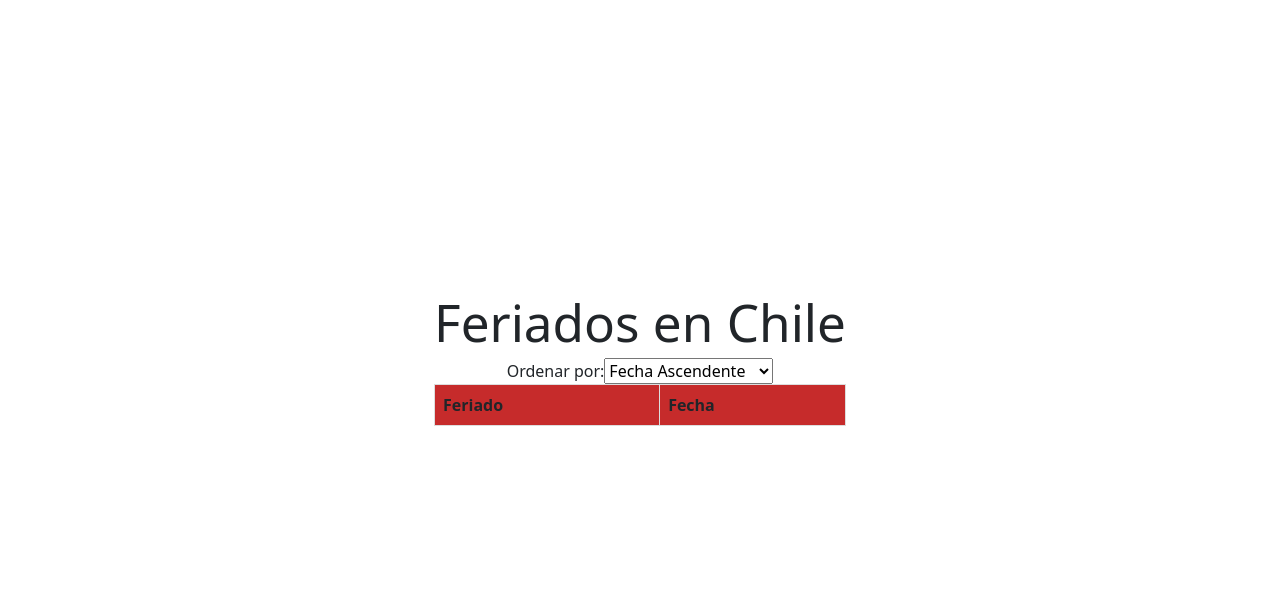
Repository: cvalenciapatagonia/Desafio-4-React-I
Page: /
An editor plug-in stored every save of this project. The page is shown before and after the next save, followed by the edit.
The browser window is 1280 px wide. The pictures show the whole page.
The page's requests for data from a server got no answer. The project was rebuilt for these pictures with package versions that can differ from the ones it lists, and the page was loaded fresh each time. No one was signed in, and anything a server would have sent is missing. Also part of the build but not shown: vite.config.js.

Above is the page before, as saved 2023-09-07 16:36:52.

After the next save:
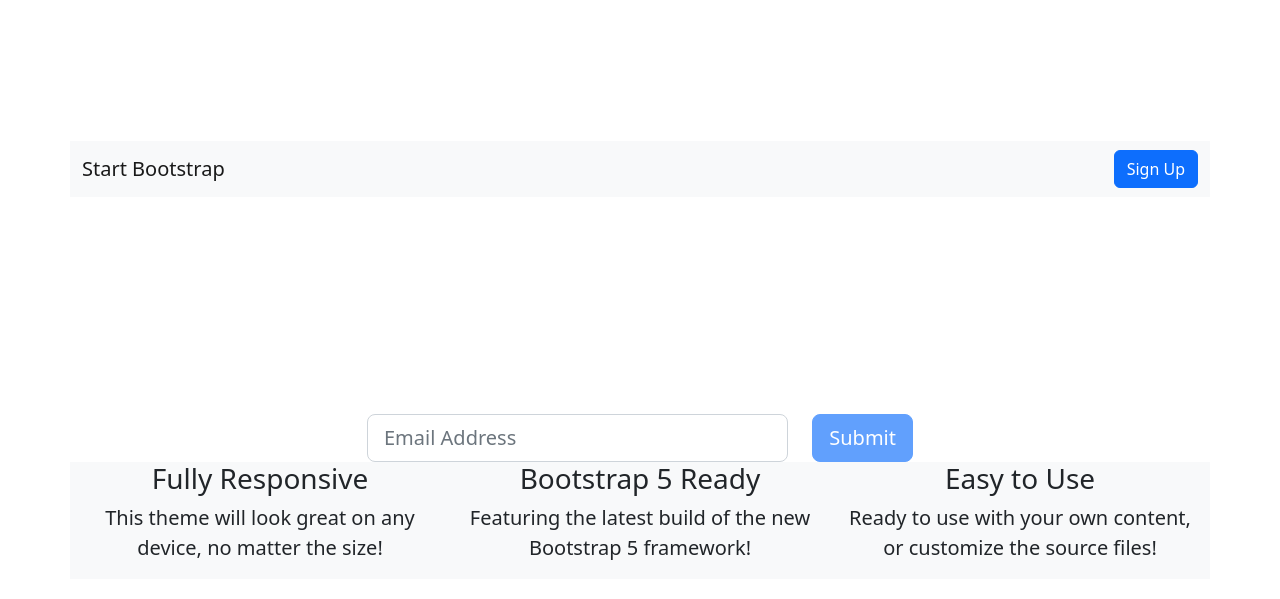
Saved 15 s later.
--- a/src/App.jsx
+++ b/src/App.jsx
@@ -8,11 +8,116 @@ function App() {
   const [sortOption, setSortOption] = useState('asc'); // Estado para almacenar la opción de ordenamiento
 
   return (
-    <div className="App">
-      <h1>Feriados en Chile</h1>
-      {/* Pasa el estado y la función de cambio de ordenamiento al componente Buscador */}
-      <Buscador onSortChange={setSortOption} />
-      <MiApi apiURL="https://api.victorsanmartin.com/feriados/en.json" sortOption={sortOption} />
+<div>
+      {/* Navigation */}
+      <nav className="navbar navbar-light bg-light static-top">
+        <div className="container">
+          <a className="navbar-brand" href="#!">
+            Start Bootstrap
+          </a>
+          <a className="btn btn-primary" href="#signup">
+            Sign Up
+          </a>
+        </div>
+      </nav>
+
+      {/* Masthead */}
+      <header className="masthead">
+        <div className="container position-relative">
+          <div className="row justify-content-center">
+            <div className="col-xl-6">
+              <div className="text-center text-white">
+                {/* Page heading */}
+                <h1 className="mb-5">Generate more leads with a professional landing page!</h1>
+                {/* Signup form */}
+                <form className="form-subscribe" id="contactForm" data-sb-form-api-token="API_TOKEN">
+                  {/* Email address input */}
+                  <div className="row">
+                    <div className="col">
+                      <input
+                        className="form-control form-control-lg"
+                        id="emailAddress"
+                        type="email"
+                        placeholder="Email Address"
+                        data-sb-validations="required,email"
+                      />
+                      <div className="invalid-feedback text-white" data-sb-feedback="emailAddress:required">
+                        Email Address is required.
+                      </div>
+                      <div className="invalid-feedback text-white" data-sb-feedback="emailAddress:email">
+                        Email Address Email is not valid.
+                      </div>
+                    </div>
+                    <div className="col-auto">
+                      <button className="btn btn-primary btn-lg disabled" id="submitButton" type="submit">
+                        Submit
+                      </button>
+                    </div>
+                  </div>
+                </form>
+              </div>
+            </div>
+          </div>
+        </div>
+      </header>
+
+      {/* Icons Grid */}
+      <section className="features-icons bg-light text-center">
+        <div className="container">
+          <div className="row">
+            {/* Fully Responsive */}
+            <div className="col-lg-4">
+              <div className="features-icons-item mx-auto mb-5 mb-lg-0 mb-lg-3">
+                <div className="features-icons-icon d-flex">
+                  <i className="bi-window m-auto text-primary"></i>
+                </div>
+                <h3>Fully Responsive</h3>
+                <p className="lead mb-0">This theme will look great on any device, no matter the size!</p>
+              </div>
+            </div>
+            {/* Bootstrap 5 Ready */}
+            <div className="col-lg-4">
+              <div className="features-icons-item mx-auto mb-5 mb-lg-0 mb-lg-3">
+                <div className="features-icons-icon d-flex">
+                  <i className="bi-layers m-auto text-primary"></i>
+                </div>
+                <h3>Bootstrap 5 Ready</h3>
+                <p className="lead mb-0">Featuring the latest build of the new Bootstrap 5 framework!</p>
+              </div>
+            </div>
+            {/* Easy to Use */}
+            <div className="col-lg-4">
+              <div className="features-icons-item mx-auto mb-0 mb-lg-3">
+                <div className="features-icons-icon d-flex">
+                  <i className="bi-terminal m-auto text-primary"></i>
+                </div>
+                <h3>Easy to Use</h3>
+                <p className="lead mb-0">Ready to use with your own content, or customize the source files!</p>
+              </div>
+            </div>
+          </div>
+        </div>
+      </section>
+
+      {/* Image Showcases */}
+      <section className="showcase">
+        {/* Resto de tu contenido aquí */}
+      </section>
+
+      {/* Testimonials */}
+      <section className="testimonials text-center bg-light">
+        {/* Resto de tu contenido aquí */}
+      </section>
+
+      {/* Call to Action */}
+      <section className="call-to-action text-white text-center" id="signup">
+        {/* Resto de tu contenido aquí */}
+      </section>
+
+      {/* Footer */}
+      <footer className="footer bg-light">
+        {/* Resto de tu contenido aquí */}
+      </footer>
     </div>
   );
 }
